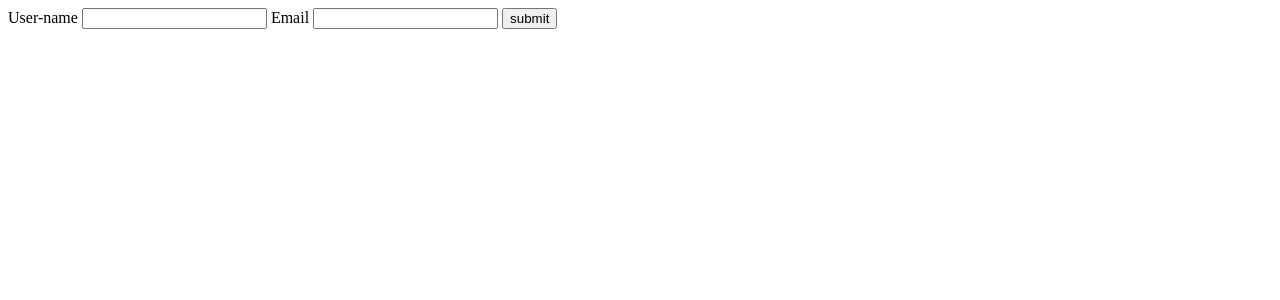
Repository: srinath9553717840/java
Page: spring-boot/SpringBootApplication1-5/src/main/webapp/index.html
These files come from the project's save history. The page is drawn as it stood at one moment and after the next save; the edit follows.
The browser window is 1280 px wide. The pictures show the whole page.

Above is the page before, as saved 2019-06-15 17:40:37.

### spring-boot/SpringBootApplication1-5/src/main/webapp/index.html
<body>

<from action="save" method="post">

<tr>
<td><label for="user-name">User-name</label></td>
<td><input type="text" name="name"></input></td>
</tr>

<tr>
<td><label for="email">Email</label></td>
<td><input type="text" name="email"></input></td>
</tr>

<tr>
<td><input type="submit" value="submit"></input></td>

</from>
</body>

After the next save:
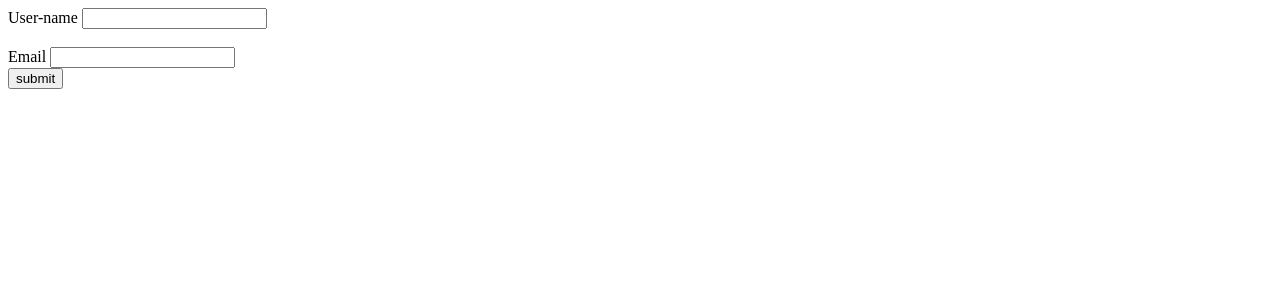
Saved 63 s later.
--- a/spring-boot/SpringBootApplication1-5/src/main/webapp/index.html
+++ b/spring-boot/SpringBootApplication1-5/src/main/webapp/index.html
@@ -5,12 +5,12 @@
 <tr>
 <td><label for="user-name">User-name</label></td>
 <td><input type="text" name="name"></input></td>
-</tr>
+</tr><br><br>
 
 <tr>
 <td><label for="email">Email</label></td>
 <td><input type="text" name="email"></input></td>
-</tr>
+</tr><br>
 
 <tr>
 <td><input type="submit" value="submit"></input></td>
